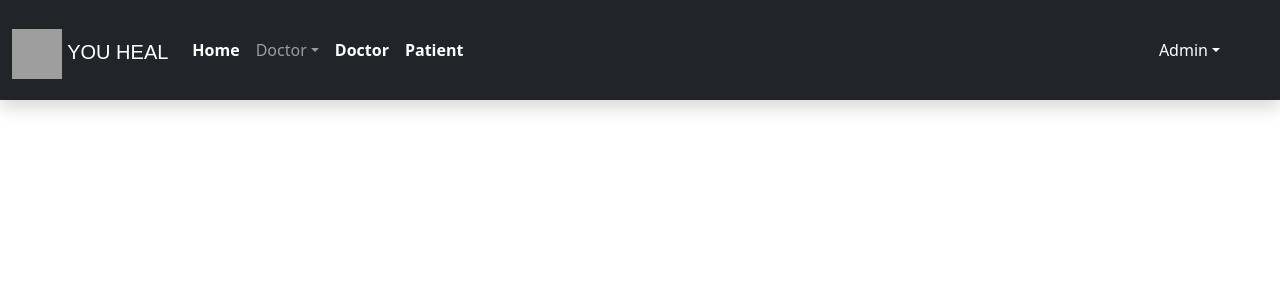
Repository: Akshatayadav/JavaProject
Page: http://localhost/YouHeal/admin/header.jsp
The author's editor kept a copy of each file at every save. The page is drawn from the files as they stood at one save, then again after the next save.
The browser window is 1280 px wide. The pictures show the whole page.
Pictures or frames that could not be fetched are drawn as grey boxes. Some web libraries are served in a nearby version. The page is served by Tomcat 9. Other server files are loaded and not shown.

Above is the page before, as saved 2023-04-17 16:22:56.

### YouHeal/src/main/webapp/admin/header.jsp
<%@ page language="java" contentType="text/html; charset=ISO-8859-1"
    pageEncoding="ISO-8859-1"%>
<!DOCTYPE html>
<html>
<head>
<meta charset="ISO-8859-1">
<title>Insert title here</title>
<link href="https://cdn.jsdelivr.net/npm/bootstrap@5.3.0-alpha2/dist/css/bootstrap.min.css" rel="stylesheet" integrity="sha384-aFq/bzH65dt+w6FI2ooMVUpc+21e0SRygnTpmBvdBgSdnuTN7QbdgL+OapgHtvPp" crossorigin="anonymous">
   <script src="https://cdn.jsdelivr.net/npm/popper.js@1.12.9/dist/umd/popper.min.js" integrity="sha384-ApNbgh9B+Y1QKtv3Rn7W3mgPxhU9K/ScQsAP7hUibX39j7fakFPskvXusvfa0b4Q" crossorigin="anonymous"></script>
    <script src="https://cdn.jsdelivr.net/npm/bootstrap@5.3.0-alpha2/dist/js/bootstrap.bundle.min.js" integrity="sha384-qKXV1j0HvMUeCBQ+QVp7JcfGl760yU08IQ+GpUo5hlbpg51QRiuqHAJz8+BrxE/N" crossorigin="anonymous"></script>
</head>
<body>
<!-- Navbar -->
<nav class="navbar navbar-expand-sm sticky-top navbar-dark bg-dark text-white  shadow">
  <!-- Container wrapper -->
  <div class="container-fluid">
    <!-- Toggle button -->
    <button
      class="navbar-toggler"
      type="button"
      data-mdb-toggle="collapse"
      data-mdb-target="#navbarSupportedContent"
      aria-controls="navbarSupportedContent"
      aria-expanded="false"
      aria-label="Toggle navigation"
    >
      <i class="fas fa-bars"></i>
    </button>

    <!-- Collapsible wrapper -->
    <div class="collapse navbar-collapse" id="navbarSupportedContent">
      <!-- Navbar brand -->
      <a class="navbar-brand mt-6 fas mt-lg-3 h2 " style="font-family:sans-serif;yy ; ;"href="#">
        <img
          src="https://mdbcdn.b-cdn.net/img/Photos/new-templates/bootstrap-login-form/lotus.webp"
          height="50" width="50"
          alt="MDB Logo"
          loading="lazy"
        /> YOU HEAL
      </a>
      <!-- Right links -->
      <ul class="navbar-nav me-auto mb-2 mb-xl-0 ">

        <li class="nav-item">
          <b><a class="nav-link active" href="home.jsp">Home</a></b>
        </li>


    		<a href="#" class="nav-link dropdown-toggle mx-0" role="button" data-bs-toggle="dropdown">Doctor</a>
                <ul class="dropdown-menu active">
                 <li>
                   <a href="/YouHeal/AdminLogin?action=logout" class="dropdown-item">Add Doctor</a>
                   <a href="/YouHeal/AdminLogin?action=logout" class="dropdown-item">View Doctor</a>
                 </li>
                 </ul>

        <li class="nav-item">
          <b><a class="nav-link active" href="../jsp/doctor.jsp">Doctor</a></b>
        </li>
        <li class="nav-item">
          <b><a class="nav-link active" href="patient.jsp">Patient</a></b>
        </li>


      </ul>
      <!-- Right links -->
    </div>
    <!-- Collapsible wrapper -->

   <div class="btn-group">

    <a href="#" class="nav-link dropdown-toggle mx-5" role="button" data-bs-toggle="dropdown">Admin</a>
                        <ul class="dropdown-menu">
                             <li>
                                <a href="/YouHeal/AdminLogin?action=logout" class="dropdown-item">Logout</a>
                            </li>


                        </ul>
</div>
  </div>
  <!-- Container wrapper -->
</nav>
<!-- Navbar -->
</body>
</html>

After the next save:
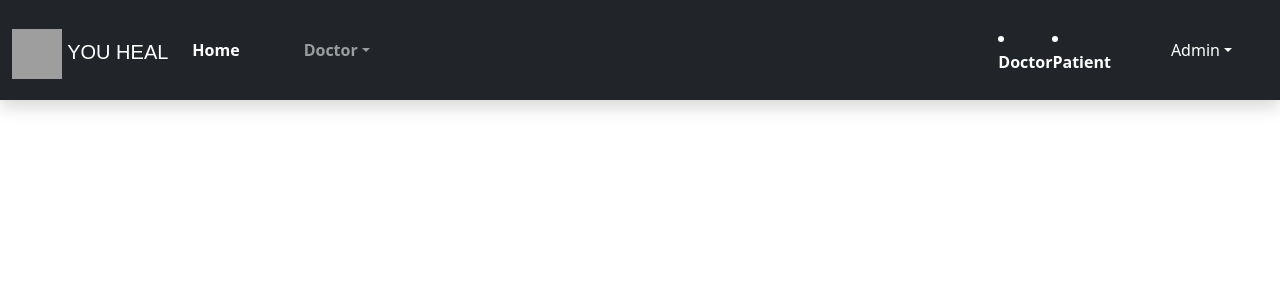
Saved 41 s later.
--- a/YouHeal/src/main/webapp/admin/header.jsp
+++ b/YouHeal/src/main/webapp/admin/header.jsp
@@ -46,14 +46,16 @@
         </li>
 
 
-    		<a href="#" class="nav-link dropdown-toggle mx-0" role="button" data-bs-toggle="dropdown">Doctor</a>
-                <ul class="dropdown-menu active">
+    		<b><a href="#" class="nav-link dropdown-toggle mx-5" role="button" data-bs-toggle="dropdown">Doctor</a></b>
+                <ul class="dropdown-menu">
                  <li>
                    <a href="/YouHeal/AdminLogin?action=logout" class="dropdown-item">Add Doctor</a>
                    <a href="/YouHeal/AdminLogin?action=logout" class="dropdown-item">View Doctor</a>
                  </li>
-                 </ul>
 
+
+               </ul>
+		</div>
         <li class="nav-item">
           <b><a class="nav-link active" href="../jsp/doctor.jsp">Doctor</a></b>
         </li>
